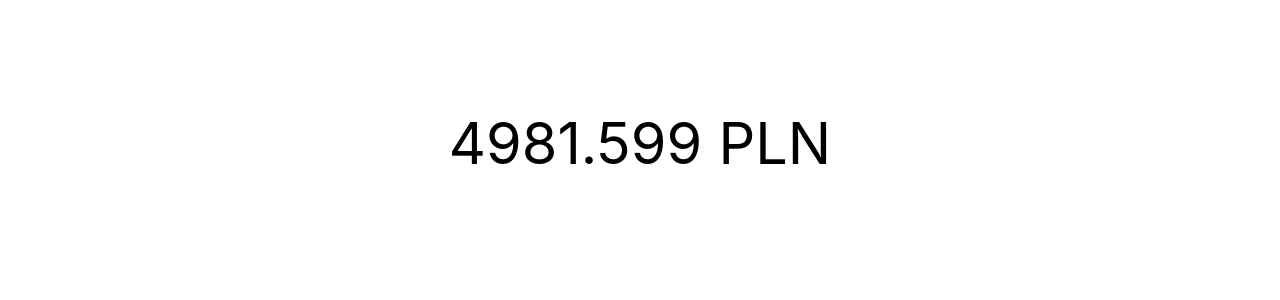
Repository: michalgornicki/bitcoin-virtual
Page: /
An editor plug-in stored every save of this project. The page is shown before and after a run of saves, followed by the edit.
The browser window is 1280 px wide. The pictures show the whole page.
The project was rebuilt for these pictures with package versions that can differ from the ones it lists, and the page was loaded fresh each time.

Above is the page before, as saved 2021-12-05 20:29:32.

### src/App.jsx
import React, { useState, useEffect } from 'react';
import './App.css';

function App() {

const [bitcoinPrice, setBitcoinPrice] = useState(5000);


const setPrice = () => {
  let randomNumber = parseFloat((Math.random()*20 - 10).toFixed(3));
  setBitcoinPrice(bitcoinPrice => parseFloat((bitcoinPrice + randomNumber).toFixed(3)));
  setTimeout(setPrice, 1000)
}

useEffect(() => {
  setPrice();
}, []);

  return (
    <p>
      <div className="price">{bitcoinPrice} PLN</div>
    </p>
  );
}

export default App;

### src/App.css
.price{
    font-size: 8vmin;
    display: block;
    margin: auto;
    margin-top: 15vmin;
    text-align: center;
    width: 30%;
}

Loaded but not shown: public/index.html (common file); src/index.js (common file); src/index.css (common file); src/reportWebVitals.js (common file)

After the next 4 saves:
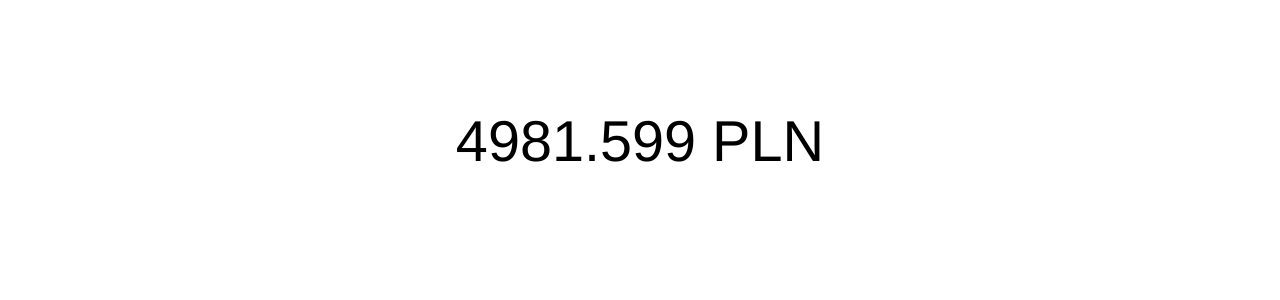
The 4 saves are shown as one change because they came seconds apart.
The last was saved 20 s later.
--- a/src/App.css
+++ b/src/App.css
@@ -1,3 +1,7 @@
+body{
+    font-family: 'Franklin Gothic Medium', 'Arial Narrow', Arial, sans-serif;
+}
+
 .price{
     font-size: 8vmin;
     display: block;
